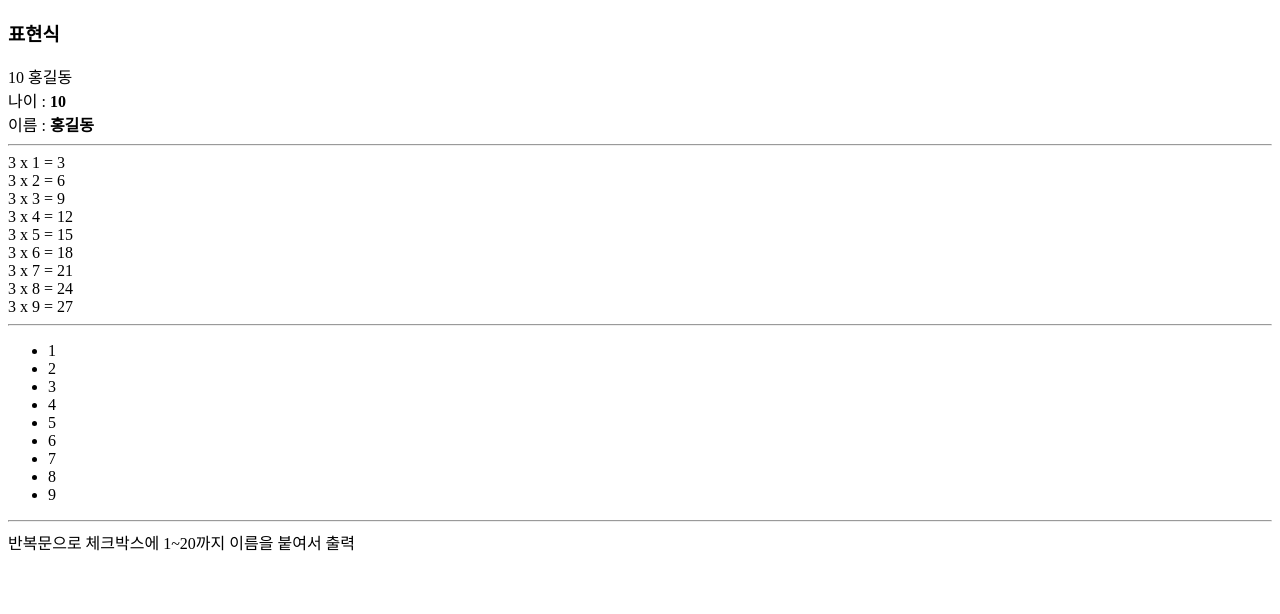
Repository: sun2898/JSP
Page: http://localhost/JSPBasic/jsptag/scriptlet02.jsp
These files come from the project's save history. The page is drawn as it stood at one moment and after the next save; the edit follows.
The browser window is 1280 px wide. The pictures show the whole page.
The page is served by Tomcat 9. Nobody is signed in. The application's start-up code is not run.

Above is the page before, as saved 2023-06-01 06:48:34.

After the next save:
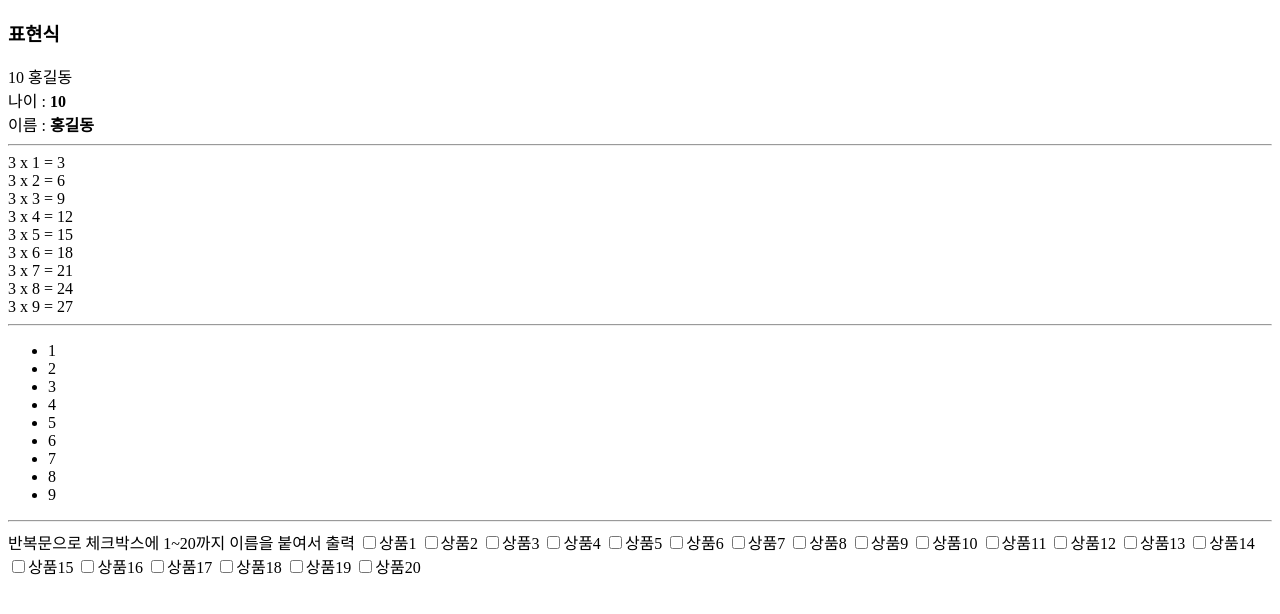
Saved 3 min 54 s later.
--- a/JSPBasic/src/main/webapp/jsptag/scriptlet02.jsp
+++ b/JSPBasic/src/main/webapp/jsptag/scriptlet02.jsp
@@ -42,7 +42,9 @@
 	<hr/>
 	<hr3>반복문으로 체크박스에 1~20까지 이름을 붙여서 출력</hr3>
 
-
+	<%for(int  i = 1; i <= 20; i++) {%>
+	<input type = "checkbox" name = "product">상품<%=i %>
+	<%} %>
 
 
 
